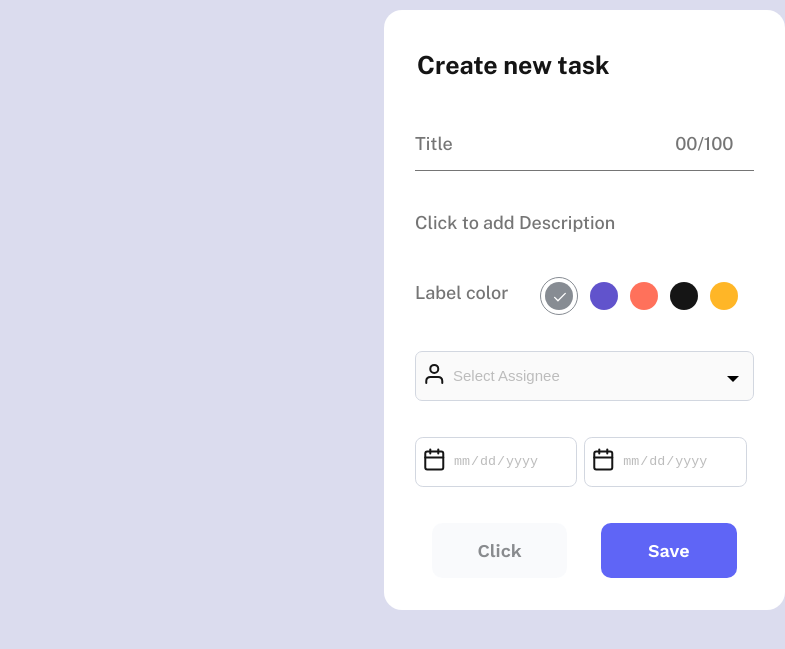
Repository: MorgunovaAlexandra/verstka-form
Page: index.html
The author's editor kept a copy of each file at every save. The page is drawn from the files as they stood at one save, then again after a run of saves.
The browser window is 768 px wide. The page is 785 px wide, then 768 px, then 785 px, so the pictures cover 785 px, including what lies to the right of the window. The pictures show the whole page.
The style sheet was rebuilt from its Sass, Less or Tailwind sources for each picture, by a compiler version that may differ from the author's.

Above is the page before, as saved 2022-06-24 17:23:01.

After the next 4 saves:
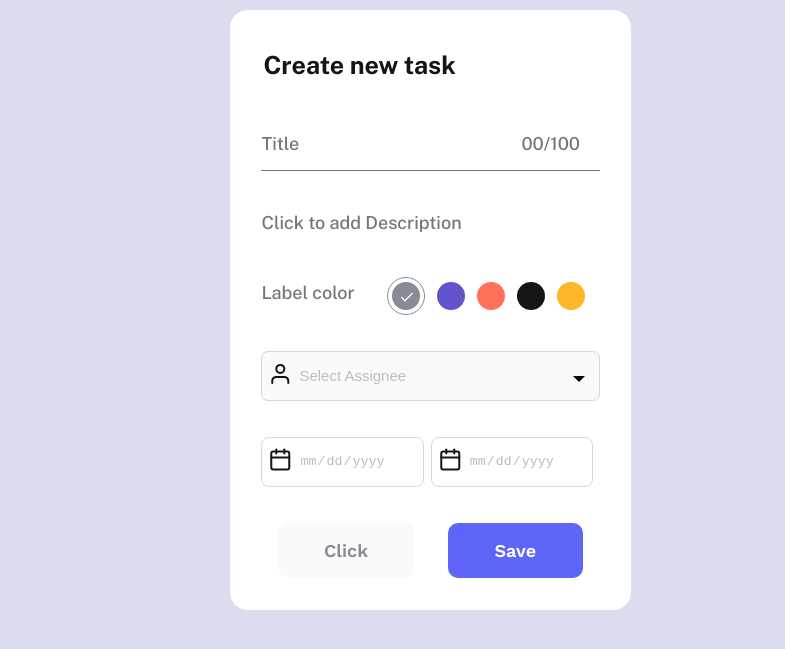
The 4 saves are shown as one change because they came seconds apart.
The last was saved 13 s later.
--- a/scss/style.scss
+++ b/scss/style.scss
@@ -255,7 +255,7 @@
     height: 600.21px;
     position: absolute;
     top:10px;
-
+    left:30%;
 
     -webkit-transform: none; /* Safari and Chrome */
        -moz-transform: none; /* Firefox */

After the 2 saves that followed:
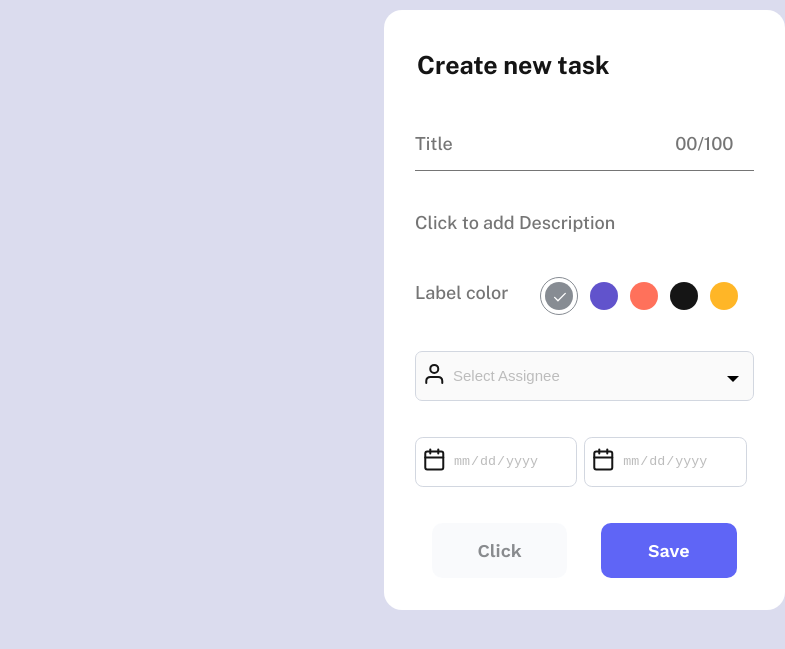
The 2 saves are shown as one change because they came seconds apart.
The last was saved 21 s later.
--- a/scss/style.scss
+++ b/scss/style.scss
@@ -255,7 +255,7 @@
     height: 600.21px;
     position: absolute;
     top:10px;
-    left:30%;
+  right:30%;
 
     -webkit-transform: none; /* Safari and Chrome */
        -moz-transform: none; /* Firefox */
